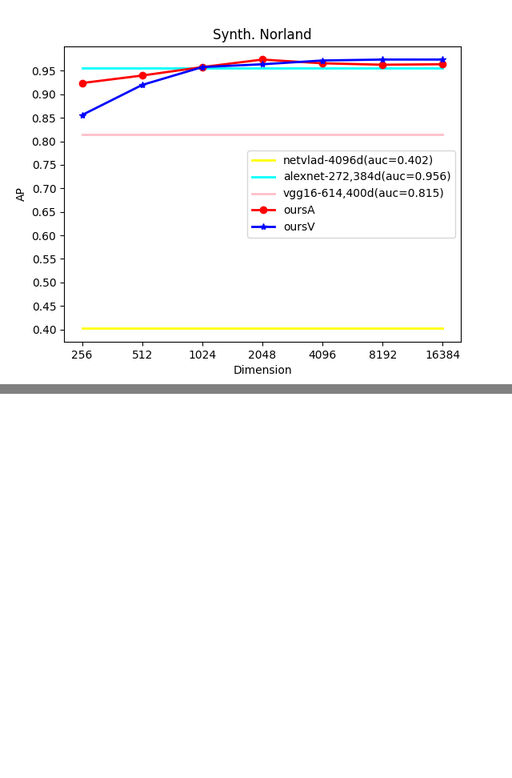
Repository: MedlarTea/CAE-VPR
Script's output: python examples/evaluator/evaluate_convAuto.py
The author's editor kept a copy of each file at every save. The script's output is drawn from the files as they stood at one save, then again after the next save.
The pictures are shown at 80% of full size.
Each picture stacks the figures in order, with grey between them; figures that are only written to a file come last. Random numbers start from a fixed seed.

Above is the script's output before, as saved 2021-04-13 20:43:21.
Error (its wording comes from the project's code and is left out).

After the next save:
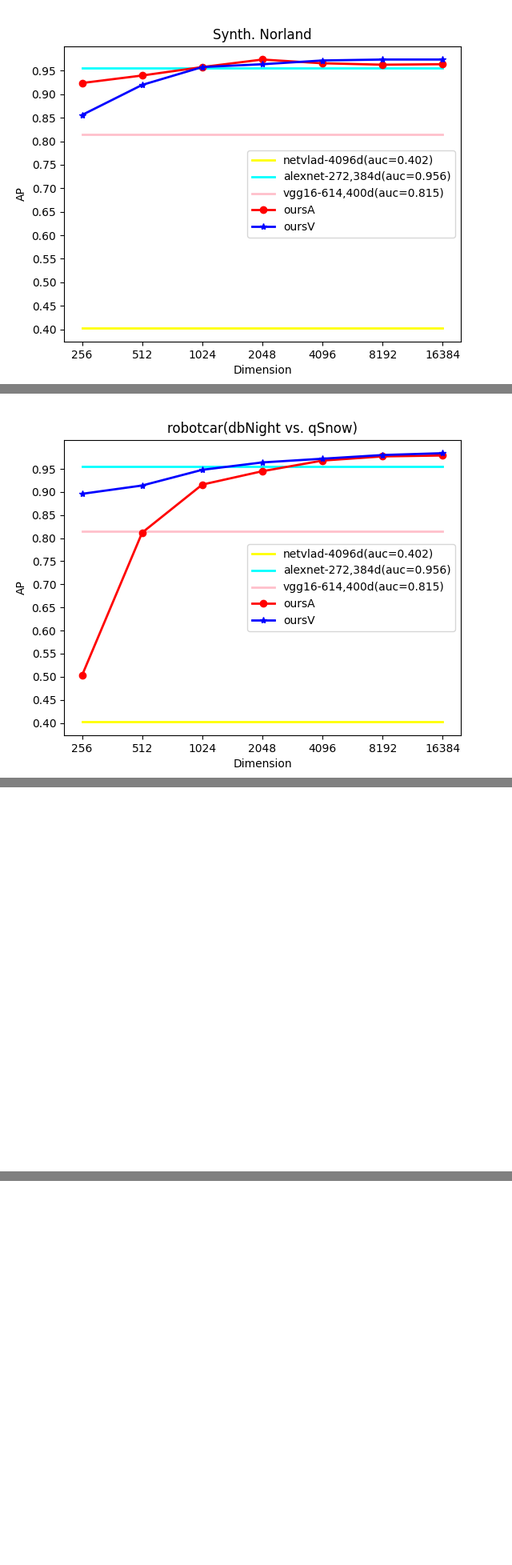
The error is gone.
Saved 2 min 6 s later.
--- a/examples/evaluator/evaluate_convAuto.py
+++ b/examples/evaluator/evaluate_convAuto.py
@@ -46,5 +46,5 @@ if __name__ == '__main__':
     alexnet = 0.956
     vgg16 = 0.815
     oursA = [0.503, 0.812, 0.916, 0.945, 0.968, 0.977, 0.979]
-    oursV = []
+    oursV = [0.896, 0.914, 0.948, 0.964, 0.972, 0.980, 0.984]
     drawWithDimension(dataset, dimensions, netvlad, alexnet, vgg16, oursA, oursV)
